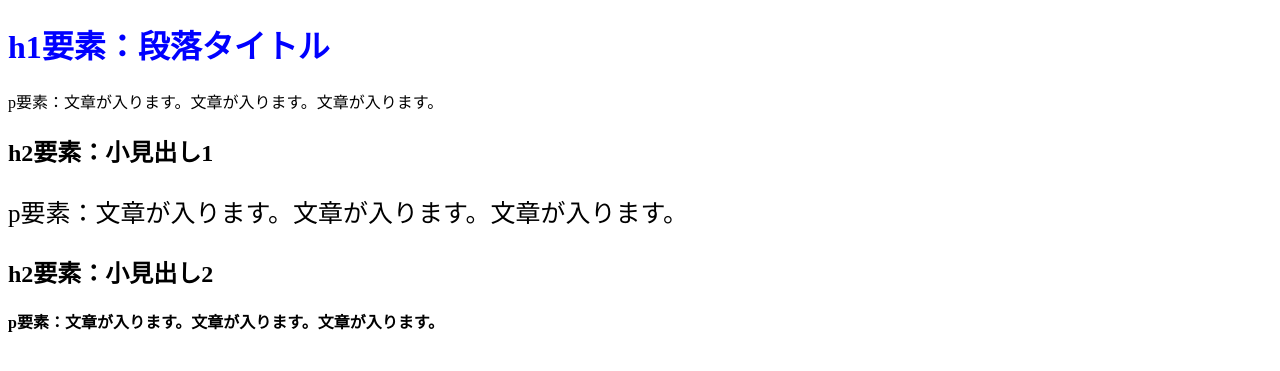
Repository: IzIzKen/samurai_HTML-CSS
Page: HTML CSSを学びWebプログラミングの第一歩を踏み出そう/3章 CSSの導入/index_class.html
The author's editor kept a record of every edit. The page is drawn from the files as they stood at one moment, then again after the next edit.
The browser window is 1280 px wide. The pictures show the whole page.

Above is the page before.

### HTML CSSを学びWebプログラミングの第一歩を踏み出そう/3章 CSSの導入/index_class.html
<!DOCTYPE html>
<html lang="jp">
<head>
    <meta charset="UTF-8">
    <title>HTML/CSSの学習</title>
    <style>
        #red {
            color: red;
        }
        .blue {
            color: blue;
        }
    </style>
</head>
<body>
    <h1 class="blue">h1要素：段落タイトル</h1>
    <p>p要素：文章が入ります。文章が入ります。文章が入ります。</p>
    <h2>h2要素：小見出し1</h2>
    <p style="font-size: 25px;">
        p要素：文章が入ります。文章が入ります。文章が入ります。
    </p>
    <h2 >h2要素：小見出し2</h2>
    <p style="font-weight: bold">
        p要素：文章が入ります。文章が入ります。文章が入ります。
    </p>
</body>
</html>

After the next edit:
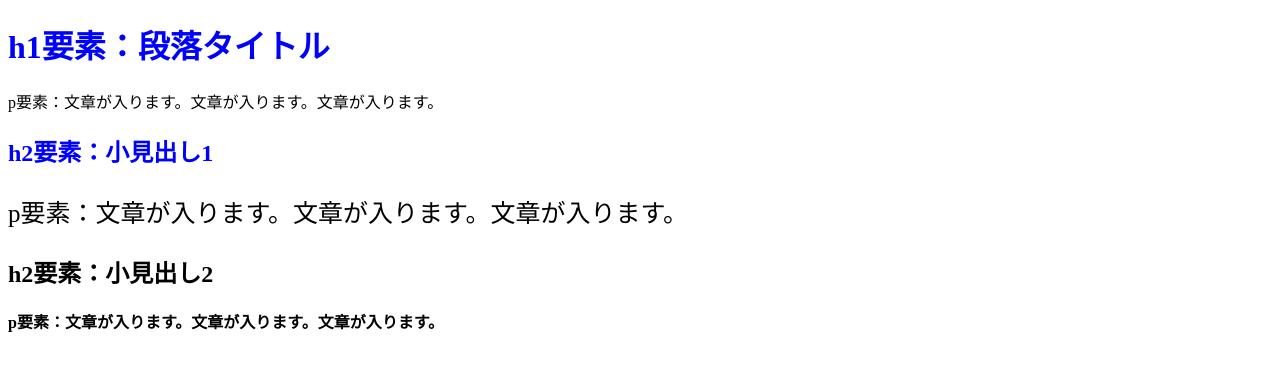
The edit:
--- a/HTML CSSを学びWebプログラミングの第一歩を踏み出そう/3章 CSSの導入/index_class.html
+++ b/HTML CSSを学びWebプログラミングの第一歩を踏み出そう/3章 CSSの導入/index_class.html
@@ -15,7 +15,7 @@
 <body>
     <h1 class="blue">h1要素：段落タイトル</h1>
     <p>p要素：文章が入ります。文章が入ります。文章が入ります。</p>
-    <h2>h2要素：小見出し1</h2>
+    <h2 class="blue">h2要素：小見出し1</h2>
     <p style="font-size: 25px;">
         p要素：文章が入ります。文章が入ります。文章が入ります。
     </p>
